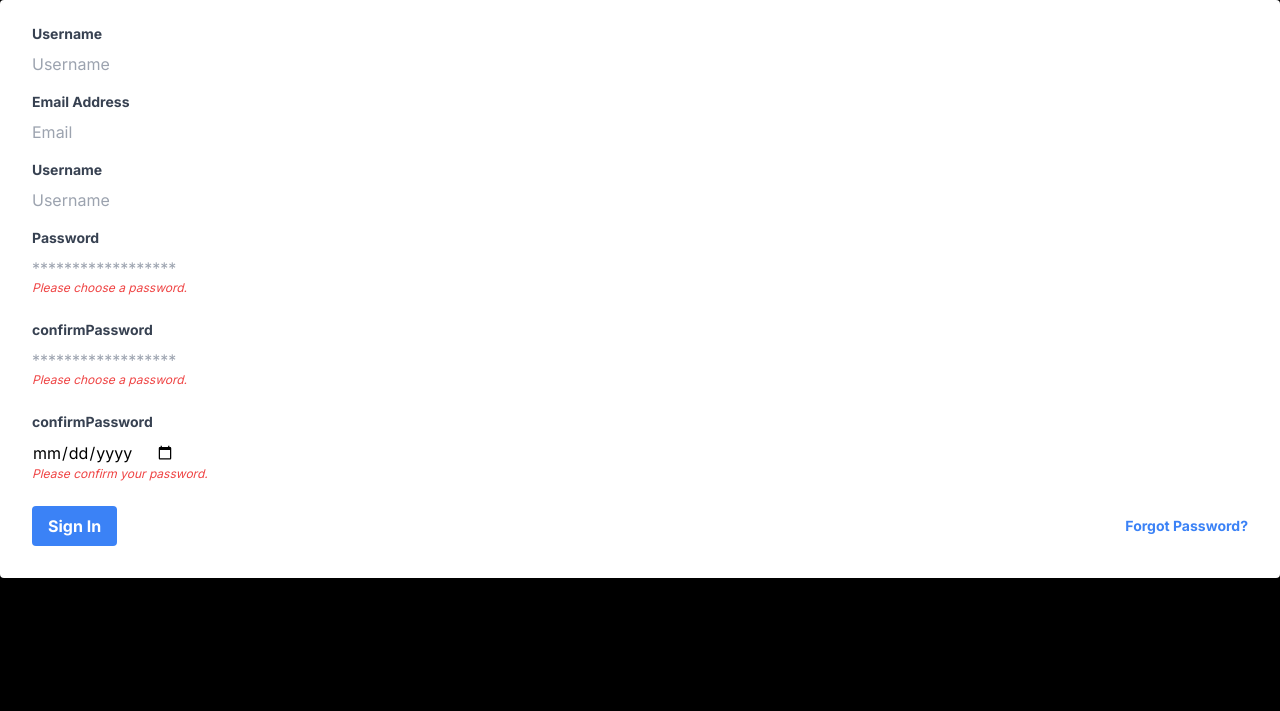
Repository: uh-sman/tiktok-card
Page: /
The author's editor kept a copy of each file at every save. The page is drawn from the files as they stood at one save, then again after the next save.
The browser window is 1280 px wide. The pictures show the whole page.
The project was rebuilt for these pictures with package versions that can differ from the ones it lists, and the page was loaded fresh each time. The framework's server and built-in components were replaced by stand-ins that run in the browser. Also part of the build but not shown: next.config.js.

Above is the page before, as saved 2023-12-19 12:08:03.

### app/page.tsx
'use client'
import Input from "./components/Input";
import { FieldValues, SubmitHandler, useForm } from "react-hook-form";
export default function Home() {
  // const { register, handleSubmit, reset } = useForm<FieldValues>({
  //   defaultValues: {
  //     Username: "",
  //     email: '',
  //     password: '',
  //     confirmPassword: '',
  //     DateOfBirth: '',
  //     Bio: '',
  //     gender: '',
  //     termsAndConditions: ''
  //   }
  // })

  // const onSubmit: SubmitHandler<FieldValues> = () => {

  // }

  return (
    <div className="bg-black h-screen w-screen">
      {/* <div className="flex justify-center"> */}
      <div className="flex justify-center  w-full flex-col">
      <form className="bg-white shadow-md rounded px-8 pt-6 pb-8 mb-4">
    <div className="mb-4">
      <label className="block text-gray-700 text-sm font-bold mb-2" htmlFor="username">
        Username
      </label>
      <Input onChange={() => {}} className="shadow appearance-none border rounded w-full py-2 px-3 text-gray-700 leading-tight focus:outline-none focus:shadow-outline" id="username" type="text" placeholder="Username" />
    </div>
    <div className="mb-4">
      <label className="block text-gray-700 text-sm font-bold mb-2" htmlFor="username">
        Email Address
      </label>
      <Input onChange={() => {}} className="shadow appearance-none border rounded w-full py-2 px-3 text-gray-700 leading-tight focus:outline-none focus:shadow-outline" id="email" type="email" placeholder="Email" />
    </div>
    <div className="mb-4">
      <label className="block text-gray-700 text-sm font-bold mb-2" htmlFor="username">
        Username
      </label>
      <Input onChange={() => {}} className="shadow appearance-none border rounded w-full py-2 px-3 text-gray-700 leading-tight focus:outline-none focus:shadow-outline" id="username" type="text" placeholder="Username" />
    </div>
    <div className="mb-6">
      <label className="block text-gray-700 text-sm font-bold mb-2" htmlFor="password">
        Password
      </label>
      <Input onChange={() => {}} className="shadow appearance-none border border-red-500 rounded w-full py-2 px-3 text-gray-700 mb-3 leading-tight focus:outline-none focus:shadow-outline" id="password" type="password" placeholder="******************" />
      <p className="text-red-500 text-xs italic">Please choose a password.</p>
    </div>
    <div className="mb-6">
      <label className="block text-gray-700 text-sm font-bold mb-2" htmlFor="password">
        confirmPassword
      </label>
      <Input onChange={() => {}} className="shadow appearance-none border border-red-500 rounded w-full py-2 px-3 text-gray-700 mb-3 leading-tight focus:outline-none focus:shadow-outline" id="confirmPassword" type="password" placeholder="******************" />
      <p className="text-red-500 text-xs italic">Please choose a password.</p>
    </div>
    <div className="mb-6">
      <label className="block text-gray-700 text-sm font-bold mb-2" htmlFor="password">
        confirmPassword
      </label>
      <Input onChange={() => {}} className="shadow appearance-none border border-red-500 rounded w-full py-2 px-3 text-gray-700 mb-3 leading-tight focus:outline-none focus:shadow-outline" id="DateOfBirth" type="date" placeholder="DOB" />
      <p className="text-red-500 text-xs italic">Please confirm your password.</p>
    </div>
    <div className="flex items-center justify-between">
      <button className="bg-blue-500 hover:bg-blue-700 text-white font-bold py-2 px-4 rounded focus:outline-none focus:shadow-outline" type="button">
        Sign In
      </button>
      <a className="inline-block align-baseline font-bold text-sm text-blue-500 hover:text-blue-800" href="#">
        Forgot Password?
      </a>
    </div>
  </form>

      </div>
      {/* </div> */}
    </div>
  );
}



{/* <form class="max-w-sm mx-auto">
  <div class="mb-5">
    <label for="email" class="block mb-2 text-sm font-medium text-gray-900 dark:text-white">Your email</label>
    <input type="email" id="email" class="bg-gray-50 border border-gray-300 text-gray-900 text-sm rounded-lg focus:ring-blue-500 focus:border-blue-500 block w-full p-2.5 dark:bg-gray-700 dark:border-gray-600 dark:placeholder-gray-400 dark:text-white dark:focus:ring-blue-500 dark:focus:border-blue-500" placeholder="name@flowbite.com" required>
  </div>
  <div class="mb-5">
    <label for="password" class="block mb-2 text-sm font-medium text-gray-900 dark:text-white">Your password</label>
    <input type="password" id="password" class="bg-gray-50 border border-gray-300 text-gray-900 text-sm rounded-lg focus:ring-blue-500 focus:border-blue-500 block w-full p-2.5 dark:bg-gray-700 dark:border-gray-600 dark:placeholder-gray-400 dark:text-white dark:focus:ring-blue-500 dark:focus:border-blue-500" required>
  </div>
  <div class="flex items-start mb-5">
    <div class="flex items-center h-5">
      <input id="remember" type="checkbox" value="" class="w-4 h-4 border border-gray-300 rounded bg-gray-50 focus:ring-3 focus:ring-blue-300 dark:bg-gray-700 dark:border-gray-600 dark:focus:ring-blue-600 dark:ring-offset-gray-800 dark:focus:ring-offset-gray-800" required>
    </div>
    <label for="remember" class="ms-2 text-sm font-medium text-gray-900 dark:text-gray-300">Remember me</label>
  </div>
  <button type="submit" class="text-white bg-blue-700 hover:bg-blue-800 focus:ring-4 focus:outline-none focus:ring-blue-300 font-medium rounded-lg text-sm w-full sm:w-auto px-5 py-2.5 text-center dark:bg-blue-600 dark:hover:bg-blue-700 dark:focus:ring-blue-800">Submit</button>
</form> */}

### app/components/Input.tsx

type InputType = "text" | "password" | "file" | "email" | 'date'

interface InputProps {
    id: string;
    className: string;
    placeholder: string;
    type: InputType;
    onChange: (value: string, file?: File ) => void;
}

const Input: React.FC<InputProps> = ({
    id,
    className,
    placeholder,
    type,
    onChange
}) => {
    const handleChange = (event: React.ChangeEvent<HTMLInputElement>) => {
        const { value, files } = event.target;
        if (type === 'file' && files) {
            onChange(value, files[0]);
        } else {
            onChange(value);
        }
    };

    return (
        <input
            id={id}
            className=''
            placeholder={placeholder}
            type={type}
            onChange={handleChange}
        />
    );
};


export default Input;

Loaded but not shown: app/layout.tsx (common file); app/globals.css (common file); tailwind.config.ts (common file)

After the next save:
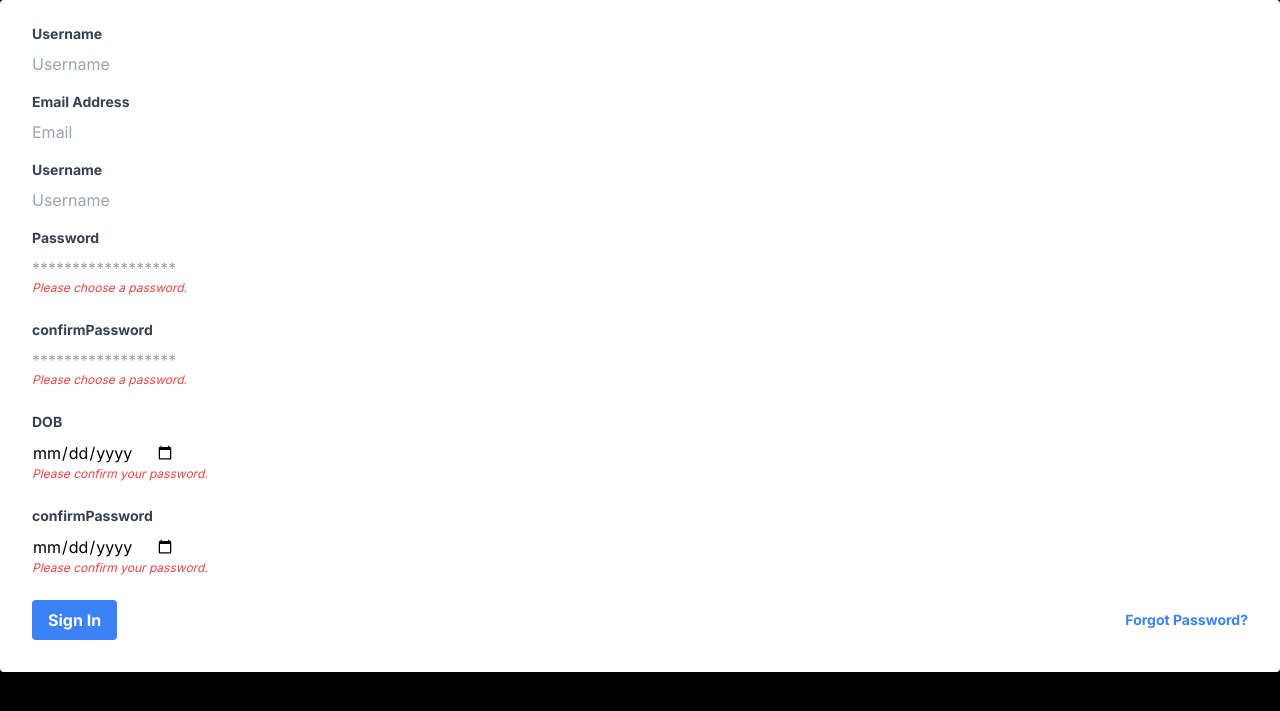
Saved 49 s later.
--- a/app/page.tsx
+++ b/app/page.tsx
@@ -58,6 +58,13 @@ export default function Home() {
     </div>
     <div className="mb-6">
       <label className="block text-gray-700 text-sm font-bold mb-2" htmlFor="password">
+        DOB
+      </label>
+      <Input onChange={() => {}} className="shadow appearance-none border border-red-500 rounded w-full py-2 px-3 text-gray-700 mb-3 leading-tight focus:outline-none focus:shadow-outline" id="DateOfBirth" type="date" placeholder="DOB" />
+      <p className="text-red-500 text-xs italic">Please confirm your password.</p>
+    </div>
+    <div className="mb-6">
+      <label className="block text-gray-700 text-sm font-bold mb-2" htmlFor="password">
         confirmPassword
       </label>
       <Input onChange={() => {}} className="shadow appearance-none border border-red-500 rounded w-full py-2 px-3 text-gray-700 mb-3 leading-tight focus:outline-none focus:shadow-outline" id="DateOfBirth" type="date" placeholder="DOB" />
